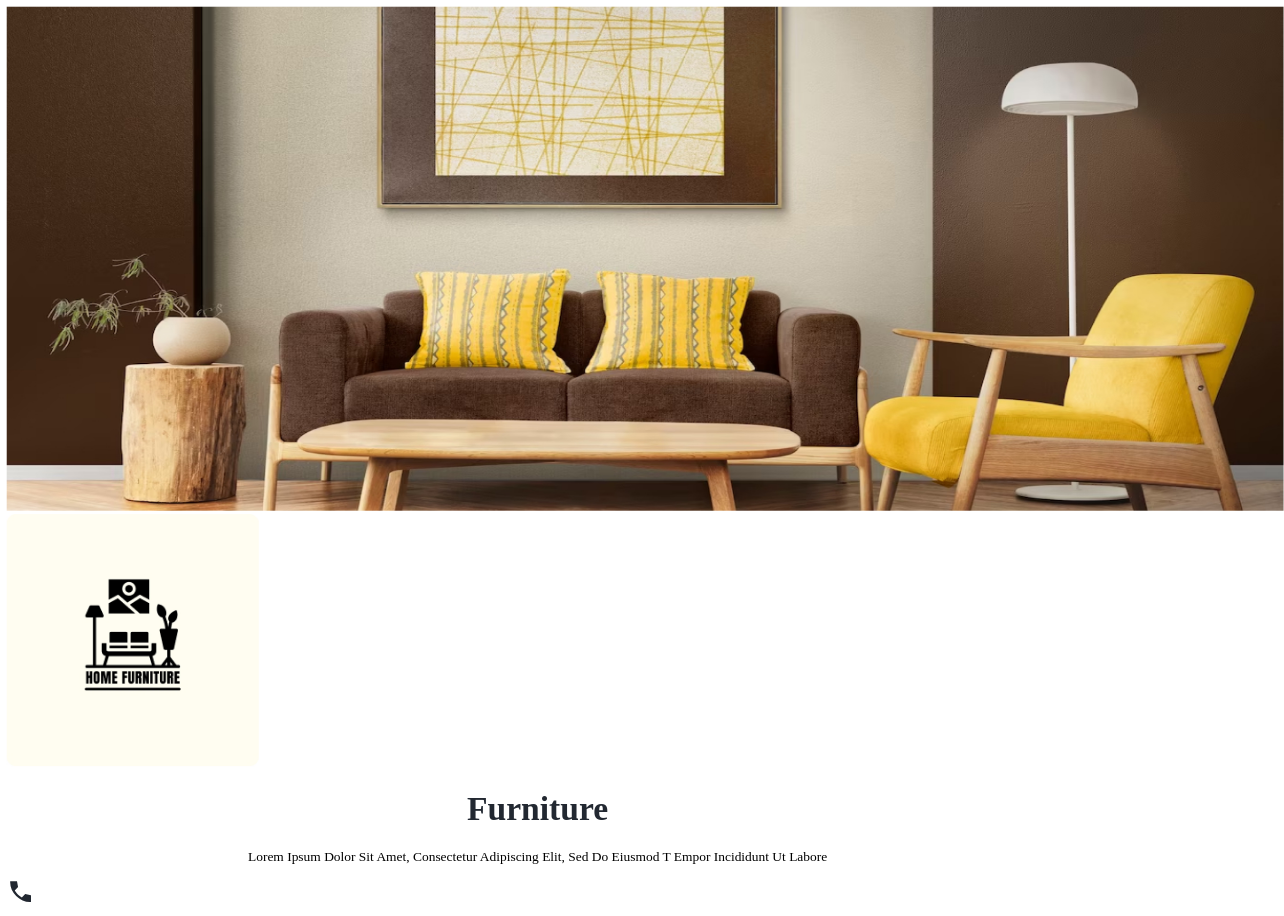
Repository: nikita120402/next13-deploy
Page: /
An editor plug-in stored every save of this project. The page is shown before and after the next save, followed by the edit.
The browser window is 1280 px wide. The page is 1528 px wide, so the pictures cover 1528 px, including what lies to the right of the window. The pictures show the whole page, at 84% of full size.
The project was rebuilt for these pictures with package versions that can differ from the ones it lists, and the page was loaded fresh each time. The framework's server and built-in components were replaced by stand-ins that run in the browser. Also part of the build but not shown: next.config.js.

Above is the page before, as saved 2023-08-02 14:11:46.

After the next save:
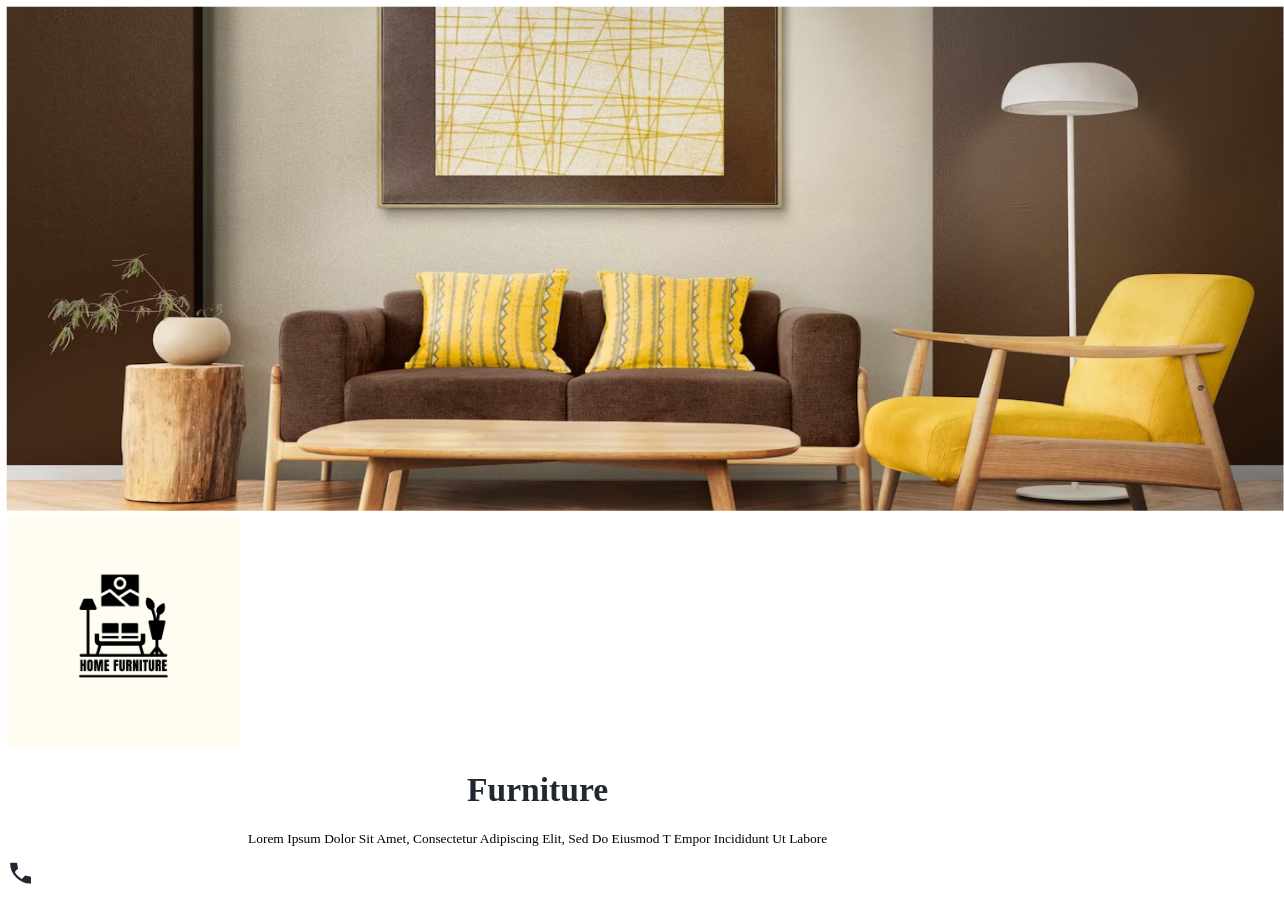
Saved 44 s later.
--- a/src/app/page.tsx
+++ b/src/app/page.tsx
@@ -12,8 +12,8 @@ export default function Page() {
           <Image
           src="/../public/image/final logo.jpg"
           alt="Picture"
-          width={300}
-          height={300}
+          width={278}
+          height={278}
           className='style.image2'
           />
           <h1>Furniture</h1>
